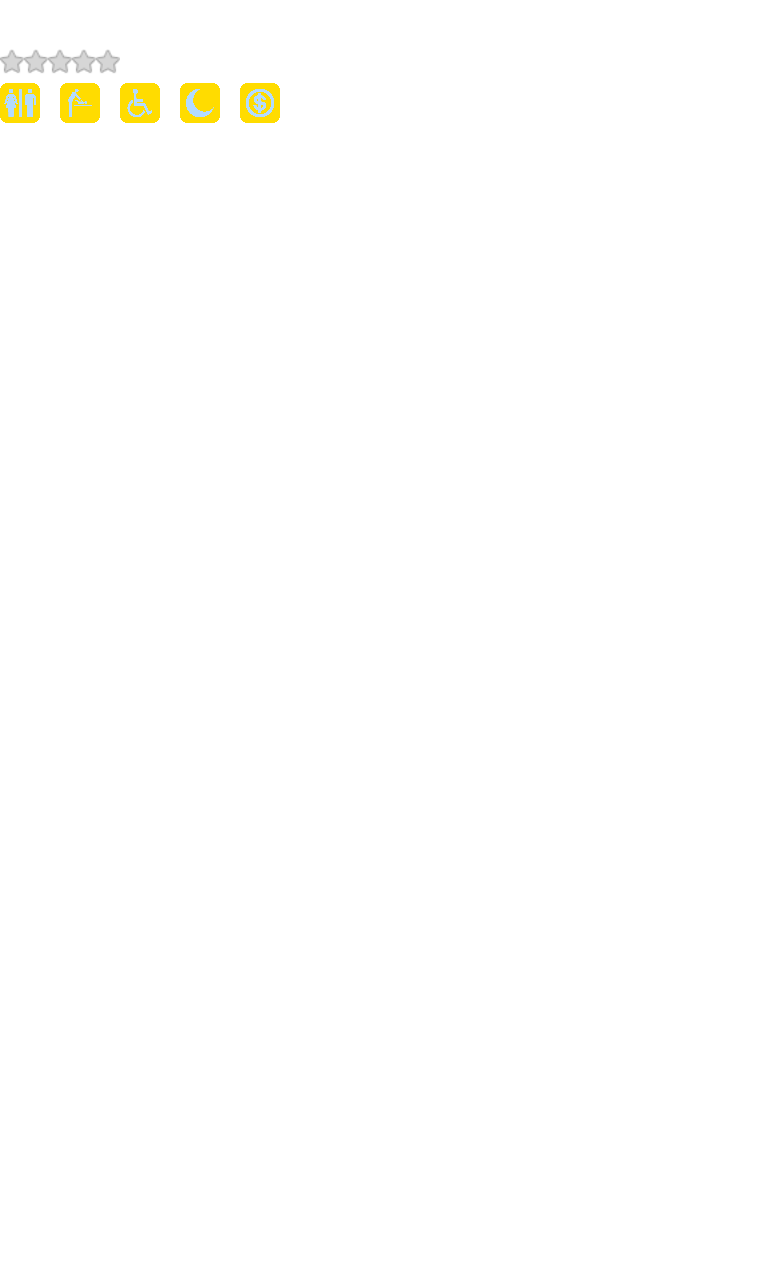
Repository: asocha/toilettalk
Layout: Android/workspace/ToiletTalk/res/layout/google_maps_marker.xml
An editor plug-in stored every save of this project. The layout is shown before and after the next save, followed by the edit.
It is drawn on a 768 x 1280 px phone screen (xhdpi) without system bars, with theme AppTheme; the app's code is not run.

Above is the layout before, as saved 2013-04-28 21:54:59.

After the next save:
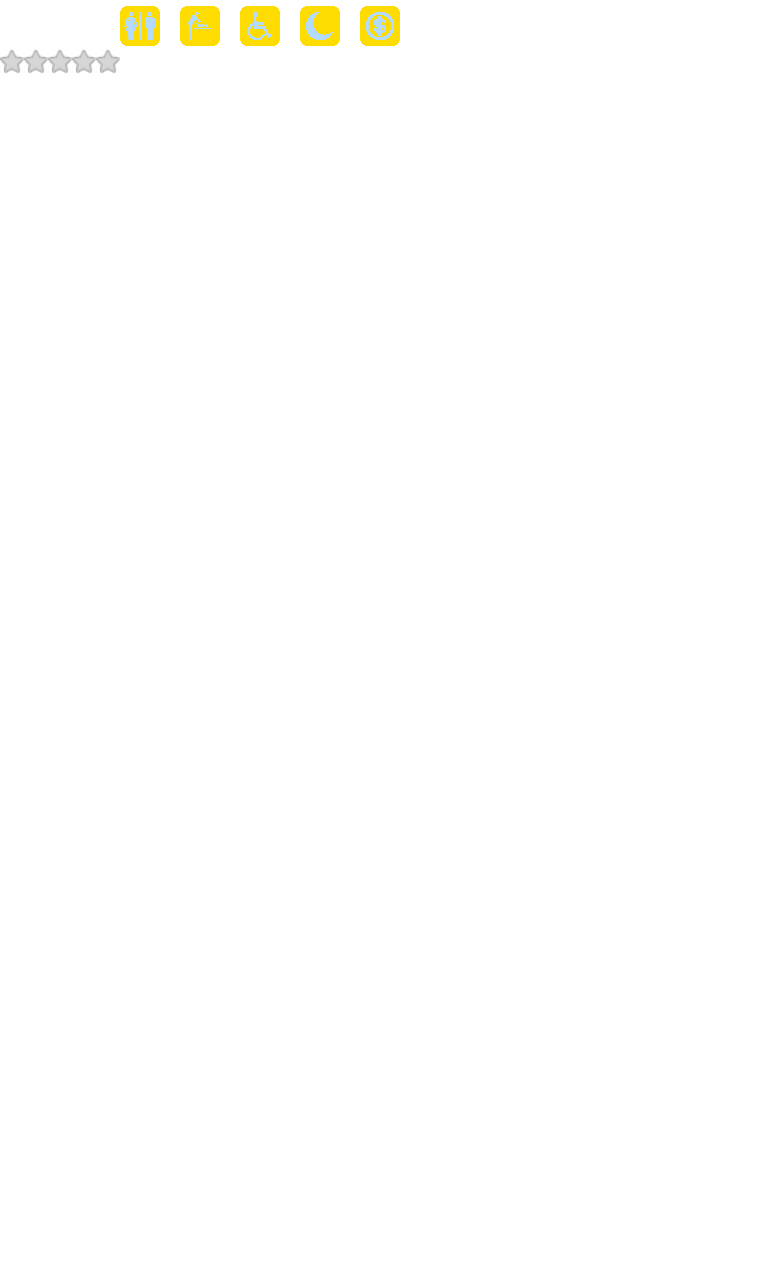
Saved 31 s later.
--- a/Android/workspace/ToiletTalk/res/layout/google_maps_marker.xml
+++ b/Android/workspace/ToiletTalk/res/layout/google_maps_marker.xml
@@ -29,7 +29,7 @@
 		android:id="@+id/marker_address"
 		android:layout_width="wrap_content"
 		android:layout_height="wrap_content"
-		android:layout_toRightOf="@id/marker_content"
+		android:layout_below="@id/view_icons"
 		android:textAppearance="?android:attr/textAppearanceSmall"/>
 
 	<LinearLayout
@@ -37,7 +37,7 @@
         android:layout_width="wrap_content"
         android:layout_marginTop="3dp"
         android:layout_height="@dimen/icons_size"
-        android:layout_below="@+id/marker_content" >
+        android:layout_toRightOf="@id/marker_content" >
 
         <ToggleButton
             android:id="@+id/button_unisex"
